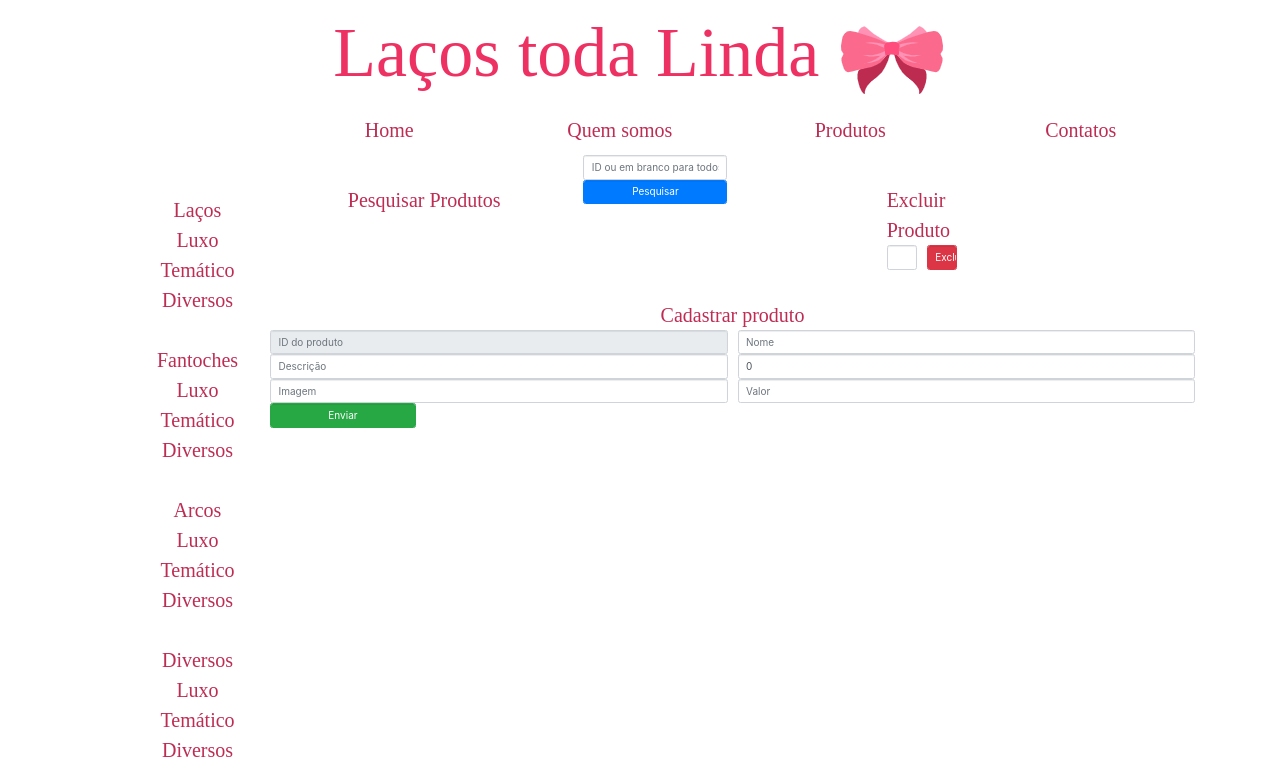
Repository: felipe-camilo/projin2
Page: http://localhost/projetointegrador/admin.jsp
These files come from the project's save history. The page is drawn as it stood at one moment and after the next save; the edit follows.
The browser window is 1280 px wide. The pictures show the whole page.
Some web fonts or font styles are not loaded; a fallback is used. The page is served by Tomcat 9.

Above is the page before, as saved 2022-03-30 01:50:30.

After the next save:
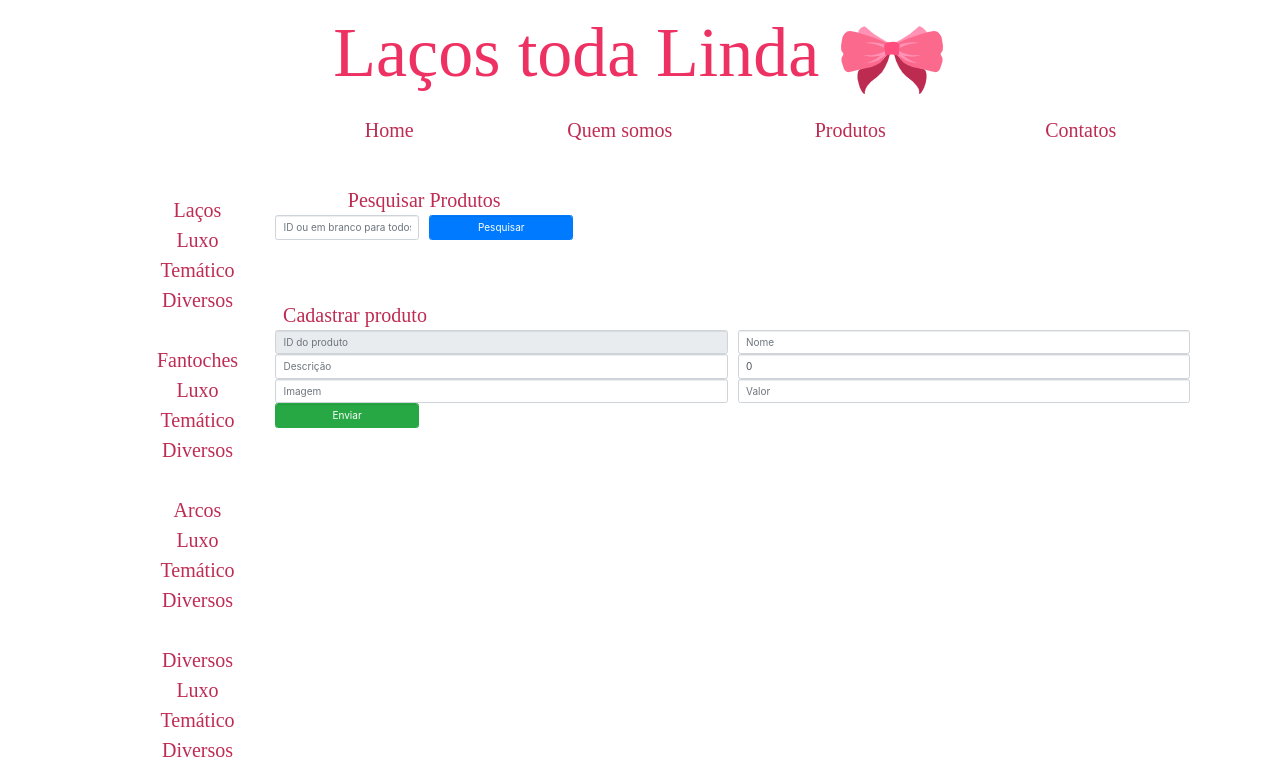
Saved 16 s later.
--- a/projetointegrador/src/main/webapp/admin.jsp
+++ b/projetointegrador/src/main/webapp/admin.jsp
@@ -152,28 +152,16 @@
 					<form action="consulta.jsp" method="get">
 						<div class="form-row">
 							<div class="col-4 menu-lateral-categoria">Pesquisar	Produtos</div>
-							<div class="col-2">
-								<input type="text" class="form-control entrada" placeholder="ID ou em branco para todos" name="pesquisa">
-								<input class="form-control btn-primary" type="submit" name="pesquisar" value="Pesquisar">
-							</div>
-							<div class="col-2">
-						</div>
-					</form>
-
-					<form action="excluir.jsp" method="get">
-						<div class="form-row">
-							<div class="col-2 menu-lateral-categoria">Excluir Produto</div>
-
+							<div class="col-6"></div>
+							<div class="col-2"></div>
 						</div>
 						<div class="form-row">
 							<div class="col-2">
-								<input type="number" class="form-control entrada"
-									placeholder="Id" name="pesquisa" placeholder="Entre com o ID:"
-									required>
+								<input type="text" class="form-control entrada" placeholder="ID ou em branco para todos" name="pesquisa">
 							</div>
 							<div class="col-2">
-								<input class="form-control btn-danger" type="submit"
-									name="Excluir" value="Excluir">
+								<input class="form-control btn-primary" type="submit" name="pesquisar"
+									value="Pesquisar">
 							</div>
 						</div>
 					</form>
